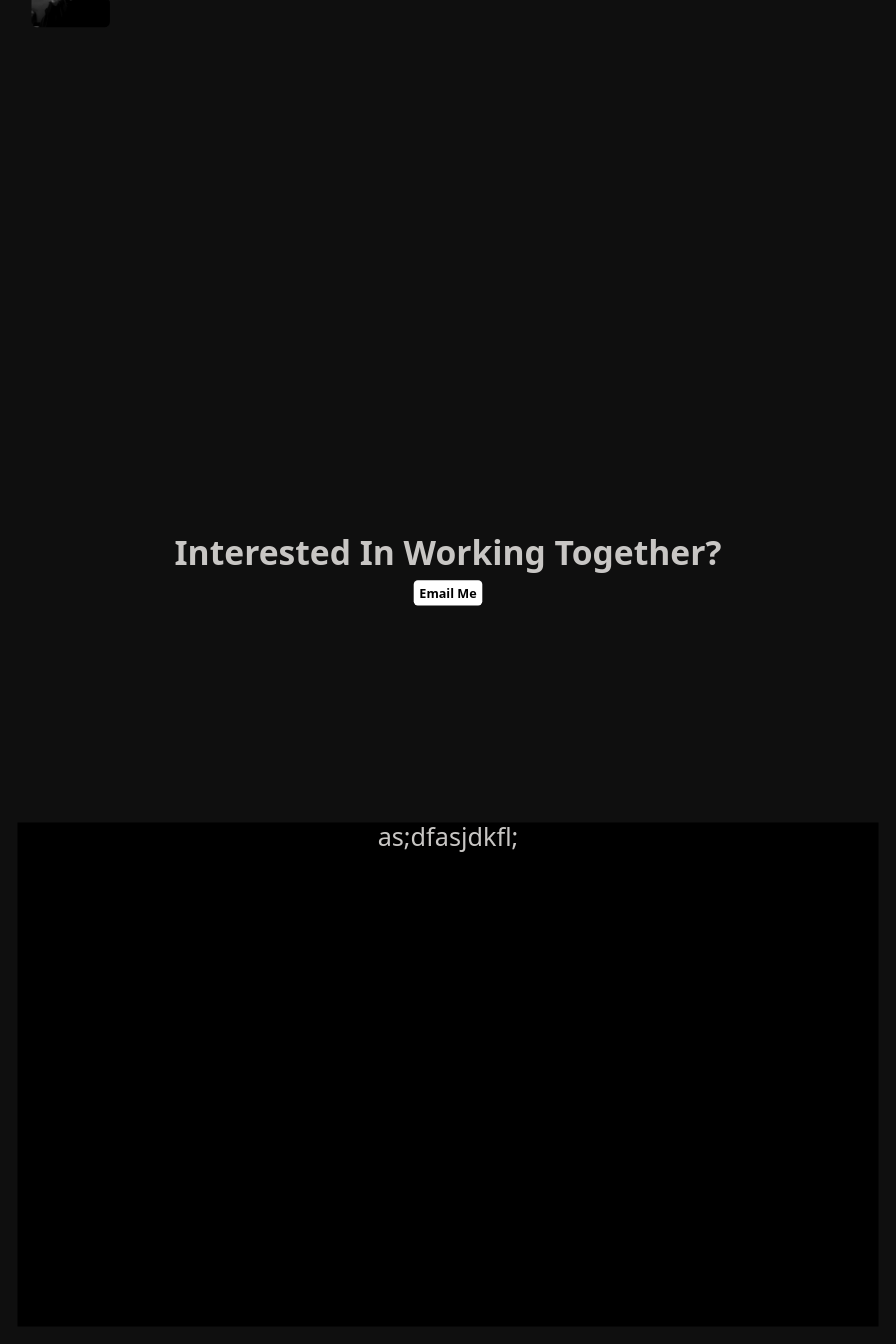
Repository: hitoutvrma/portfolio
Page: /
An editor plug-in stored every save of this project. The page is shown before and after a run of saves, followed by the edit.
The browser window is 1280 px wide. The pictures show the part of the page from y = 1010 to 2930 px (the page is 2930 px tall), at 70% of full size.
The project was rebuilt for these pictures with package versions that can differ from the ones it lists, and the page was loaded fresh each time. Also part of the build but not shown: vite.config.js.

Above is the page before, as saved 2025-03-08 21:03:41.

### src/index.css
@import "tailwindcss";
body{
    background-color: #0f0f0f;
    color: #c8c6c4;
    padding: 25px;
}

### src/App.jsx
import WorkTogether from './Components/WorkTogether'
import Front from './Components/Front'
import Work from './Components/Work'
import CursorImagePop from './Components/CursorImagePop'

function App() {

  return (
    <div className=''>

      <Front/>
      <Work/>
      <WorkTogether/>
      <CursorImagePop/>
    </div>
  )
}

export default App

### src/Components/WorkTogether.jsx


function WorkTogether() {
  return (
    <div className='h-screen sm:p-5 flex flex-col justify-center items-center'>
        <div className="flex items-center justify-center flex flex-col gap-4" >
      <p className="sm:text-5xl text-3xl text-center font-bold">
        Interested In Working Together?
        </p>
      <button className="px-2 py-1 text-lg font-bold  bg-white text-black hover:bg-pink-200 cursor-pointer transition-colors duration-300 rounded-md ">Email Me</button>
        </div>

    </div>
  )
}

export default WorkTogether

### src/Components/Front.jsx
import React from 'react'
import {animate, delay, hover, motion} from 'framer-motion'
import AnimatedParagraph from './AnimatedParagraph'
import AnimatedParagraphs from './AnimatedParagraph'
function Front() {
  const name = ["hitesh Verma"]
  const para1 = ["is an award-winning multidisciplinary digital web developer based in India"]
  const para2 = ["creative Director and founder at"]
  const para3 = ["bitCheat"]
  return (
    <div className='sm:h-screen md:h-screen'>
    <div className="sm:flex">
      <div className='hero sm:p-5 sm:text-[3vw] text-[8vw]  sm:w-[53vw]'>
      <logo className='text-4xl sm:text-5xl font-semibold font-[serif]'>hitoutvrma</logo>
        <p className='mt-28 leading-none text-[#8c8c8c]'>
          <span className='text-white font-semibold'><AnimatedParagraphs texts={name} delay={0}/></span>
           <AnimatedParagraph texts={para1 } delay={0.3}/></p>

        <div className='text-xl pt-4'>
          <p className='text-[#8c8c8c]'><AnimatedParagraph texts={para2} delay={0.6}/></p>
          <p className='font-semibold'><AnimatedParagraph texts={para3} delay={0.9}/></p>
          {/* <AnimatedParagraph/> */}
        </div>
        <motion.div initial={{opacity:0, scaleY:0.5}} animate={{opacity:1, scaleY:1}} transition={{duration:2, delay:1.4}} className=' flex sm:text-[2vh] sm:pb-0 pb-12 text-[1.8vh]  sm:pt-25 pt-28 flex-col sm:gap-3 gap-1'>
          <p className='text-[#8c8c8c] pb-4 text-[1.6vh]  sm:text-[2vh]'>CONNECT</p>
          <motion.div
        className="relative w-[90%]  font-bold text-white text-md cursor-pointer"
        initial="initial"
        whileHover="hover"
      >
        <p className='pb-2'>Twitter/X</p>

        {/* Static Gray Line */}
        <div className="absolute left-0 bottom-0 w-full    h-[0.1vh] bg-[#4c4c4c]"></div>

        {/* Animated Green Line */}
        <motion.div
          className="absolute left-0 bottom-0 h-[2px] bg-green-400"
          variants={{
            initial: { width: "0%" },
            hover: { width: "100%" },
            exit: {width: "0%"}
          }}
          transition={{hover: { duration: 2, ease: "easeInOut" },
          exit: { duration: 0.01 } }}
        />
      </motion.div>

      <motion.div
        className="relative w-[90%]  font-bold text-white text-md cursor-pointer"
        initial="initial"
        whileHover="hover"
      >
        <p className='pb-2'>Linkedin</p>

        {/* Static Gray Line */}
        <div className="absolute left-0 bottom-0 w-full    h-[0.1vh] bg-[#8c8c8c]"></div>

        {/* Animated Green Line */}
        <motion.div
          className="absolute left-0 bottom-0 h-[2px] bg-green-400"
          variants={{
            initial: { width: "0%" },
            hover: { width: "100%" },
            exit: {width: "0%"}
          }}
          transition={{hover: { duration: 2, ease: "easeInOut" },
          exit: { duration: 0.01 } }}
        />
      </motion.div>

      <motion.div
        className="relative w-[90%]  font-bold text-white text-md cursor-pointer"
        initial="initial"
        whileHover="hover"
      >
        <p className='pb-2'>Email</p>

        {/* Static Gray Line */}
        <div className="absolute left-0 bottom-0 w-full    h-[0.1vh] bg-[#8c8c8c]"></div>

        {/* Animated Green Line */}
        <motion.div
          className="absolute left-0 bottom-0 h-[2px] bg-green-400"
          variants={{
            initial: { width: "0%" },
            hover: { width: "100%" },
            exit: {width: "0%"}
          }}
          transition={{hover: { duration: 2, ease: "easeInOut" },
          exit: { duration: 0.01 } }}
        />
      </motion.div>

      <motion.div
        className="relative w-[90%]  font-bold text-white text-md cursor-pointer"
        initial="initial"
        whileHover="hover"
      >
        <p className='pb-2'>Instagram</p>

        {/* Static Gray Line */}
        <div className="absolute left-0 bottom-0 w-full    h-[0.1vh] bg-[#8c8c8c]"></div>

        {/* Animated Green Line */}
        <motion.div
          className="absolute left-0 bottom-0 h-[2px] bg-[#4285F4]"
          variants={{
            initial: { width: "0%" },
            hover: { width: "100%" },
            exit: {width: "0%"}
          }}
          transition={{hover: { duration: 2, ease: "easeInOut" },
          exit: { duration: 0.01 } }}
        />
      </motion.div>
        </motion.div>
        </div>

        <motion.div  // Faster hover scale effect
  initial={{ opacity: 0, scale: 0.9 }}
  animate={{ opacity: 1, scale: 1 }}
  transition={{ duration: 1.5, delay: 1.5 }} // Reduced duration so hover works smoothly
  style={{ backgroundImage: "url('/user.jpg')" }}
  className='bg-cover sm:bg-[center_top_60%] bg-[center_top_80%] w-[95%] h-[50vh] sm:w-[43vw] sm:h-[92vh] bg-[#3a3a3a] rounded-md'>
</motion.div>


      </div>
        </div>
  )
}

export default Front

### src/Components/Work.jsx
import React from 'react'
import Card from './Card'

function Work() {
  return (
    <div className='h-auto min-h-screen sm:p-5 '>
      <div className='pt-15  pb-15'><p>WORK & PROJECTS</p></div>
      <div className='grid grid-cols-1 sm:grid-cols-2 md:grid-cols-3 lg:grid-cols-4 gap-y-10 gap-x-8'>
        <Card bgImage={'/user.jpg'}
         name={"honeytype"}
         width={"sm:w-28"}
         height={"sm:h-35"}
         />

      </div>
    </div>
  )
}

export default Work

### src/Components/CursorImagePop.jsx
import { useState, useEffect } from "react";

const CursorImagePop = () => {
    const images = ["/1.jpg", "/r.jpg", "/3.jpg", "/4.jpg", "/5.jpg","/6.jpg"]; // Image list
    const [imageIndex, setImageIndex] = useState(0);
    const [positions, setPositions] = useState([]);
    const minDistance = 120; // Minimum distance to trigger next image

    useEffect(() => {
        const handleMouseMove = (e) => {
            if (positions.length > 0) {
                const lastPos = positions[positions.length - 1];
                const distance = Math.sqrt((e.clientX - lastPos.x) ** 2 + (e.clientY - lastPos.y) ** 2);
                if (distance < minDistance) return;
            }

            const newImage = {
                id: Date.now(),
                src: images[imageIndex],
                x: e.clientX,
                y: e.clientY
            };

            setPositions((prev) => [...prev, newImage]);

            setImageIndex((prev) => (prev + 1) % images.length);

            setTimeout(() => {
                setPositions((prev) => prev.filter((img) => img.id !== newImage.id));
            }, 3000); // Remove after 10 sec
        };

        window.addEventListener("mousemove", handleMouseMove);
        return () => window.removeEventListener("mousemove", handleMouseMove);
    }, [imageIndex, positions]);

    return (
        <div className="relative flex justify-center" style={{ height: "100vh", backgroundColor: "black", overflow: "hidden" }}>
            <h1 className="text-4xl">as;dfasjdkfl;</h1>
            {positions.map((img) => (
                <img
                    key={img.id}
                    src={img.src}
                    alt=""
                    className="pop-image"
                    style={{
                        position: "absolute",
                        width: "260px",
                        height: "auto",
                        pointerEvents: "none",
                        transform: "translate(-50%, -50%)",
                        left: img.x,
                        top: img.y,
                        opacity: 1,
                        transition: "opacity 4s ease-out"
                    }}
                />
            ))}
        </div>
    );
};

export default CursorImagePop;

### src/Components/AnimatedParagraph.jsx
import { motion } from "framer-motion";

export default function AnimatedParagraphs({ texts, delay = 0.5 }) {
  return (
    // <div className="flex justify-center items-center h-screen bg-black text-white p-10 flex-col">
      <motion.div
        initial="hidden"
        animate="visible"
        variants={{
          hidden: {},
          visible: {
            transition: { staggerChildren: delay },
          },
        }}
      >
        {texts.map((text, i) => (
          <motion.p
            key={i}

            initial={{ opacity: 0 }} // Initially hidden
            animate={{ opacity: 1 }} // Fully visible
            transition={{ duration: 0.5, delay: delay }} // Delays each paragraph based on index
          >
            {text.split(" ").map((word, index) => (
              <motion.span
                key={index}
                className="mr-1 inline-block"
                initial={{ opacity: 0.05, x: -4 }}
                animate={{ opacity: 1, x: 0 }}
                transition={{ duration: 5, ease: "linear", delay: delay }} // Delay applied properly
              >
                {word}
              </motion.span>
            ))}
          </motion.p>
        ))}
      </motion.div>
    // </div>
  );
}

### src/Components/Card.jsx
import { motion, useInView } from "framer-motion";
import { useRef } from "react";

function Card({ width = "sm:w-[18vw]", height = "sm:h-[30vh]", name, bgImage }) {
  const ref = useRef(null);
  const isInView = useInView(ref, { once: true, margin: "-50px" });

  return (
    <div>

    <motion.div
      ref={ref}
      initial={{ y: 40, scale: 0.8, opacity: 0 }}
      animate={isInView ? { y: 0, scale: 1, opacity: 1 } : {}}
      transition={{ duration: 1, ease: "easeOut" }}
      style={{
        // height: `${height}vh`,
        // width: `${width}vw`,
        backgroundImage: `url(${bgImage})`,
        backgroundSize: "cover",
        backgroundPosition: "center"
      }}
      className={`relative card group bg-amber-300 overflow-hidden rounded-lg h-[45vh] w-[85vw] ${width} ${height}  `}
      >
      {/* Name (Hidden initially, appears on hover) */}
      <h1 className="absolute top-2 left-2 text-white text-[1.9vh] sm:opacity-0 sm:-translate-y-4 transition-all sm:duration-300 sm:group-hover:opacity-100 sm:group-hover:translate-y-0">
        {name}
      </h1>

      {/* Footer (Hidden initially, appears on hover) */}
      <footer className="absolute bottom-0 left-0 right-0 flex gap-2 p-3 sm:p-2 sm:opacity-0 sm:translate-y-4 transition-all sm:duration-300 sm:group-hover:opacity-100 sm:group-hover:translate-y-0">
        <button className="px-2 py-1 backdrop-blur-xl bg-white/30 text-white text-[1.5vh]">
          Web
        </button>
        <button className="px-2 py-1 backdrop-blur-xl bg-white/30 text-white text-[1.5vh]">
          React
        </button>
      </footer>
    </motion.div>

    </div>

  );
}

export default Card;

Loaded but not shown: index.html (common file); src/main.jsx (common file)

After the next 2 saves:
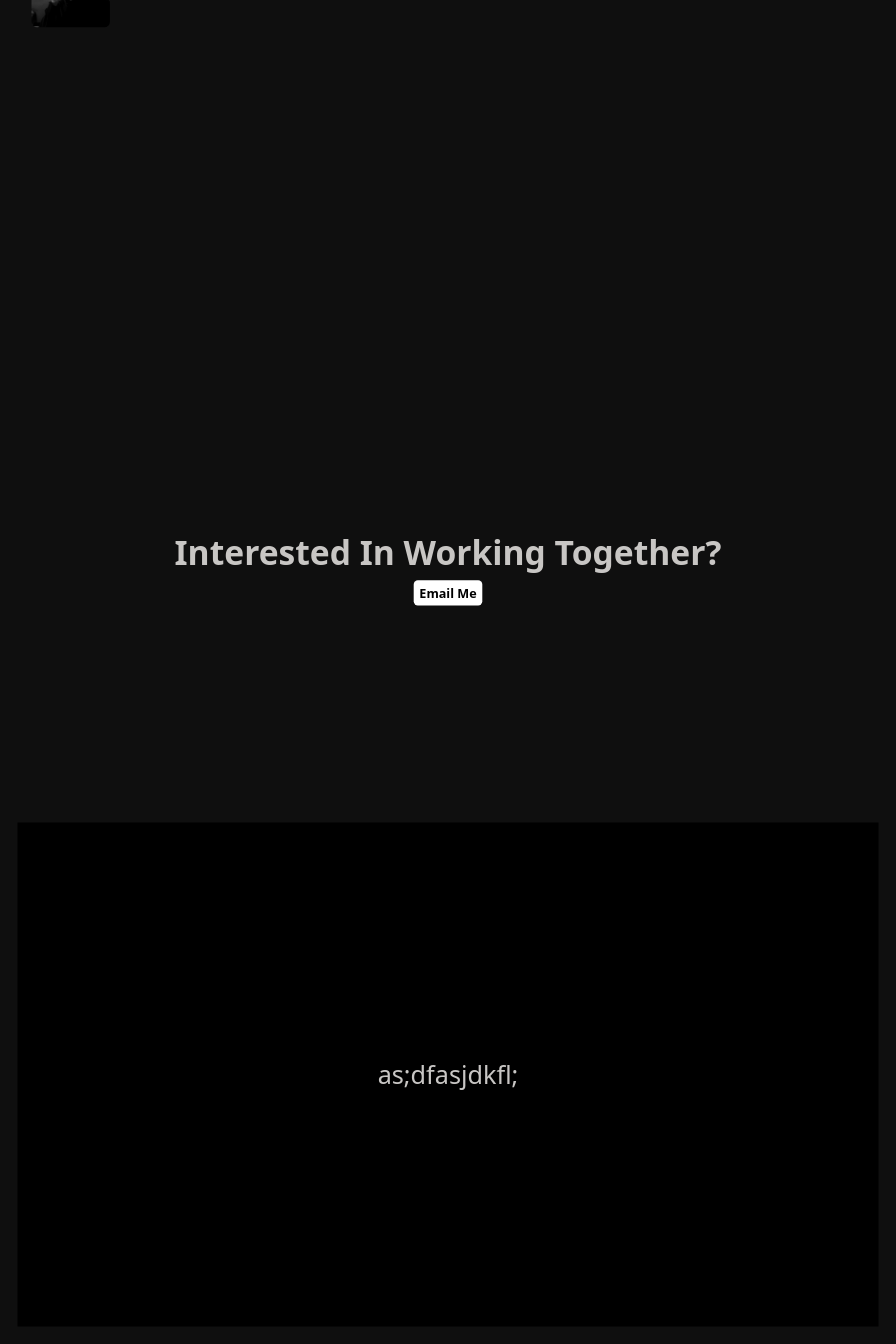
The 2 saves are shown as one change because they came seconds apart.
The last was saved 6 s later.
--- a/src/Components/CursorImagePop.jsx
+++ b/src/Components/CursorImagePop.jsx
@@ -35,7 +35,7 @@ const CursorImagePop = () => {
     }, [imageIndex, positions]);
 
     return (
-        <div className="relative flex justify-center" style={{ height: "100vh", backgroundColor: "black", overflow: "hidden" }}>
+        <div className="relative flex justify-center items-center" style={{ height: "100vh", backgroundColor: "black", overflow: "hidden" }}>
             <h1 className="text-4xl">as;dfasjdkfl;</h1>
             {positions.map((img) => (
                 <img
